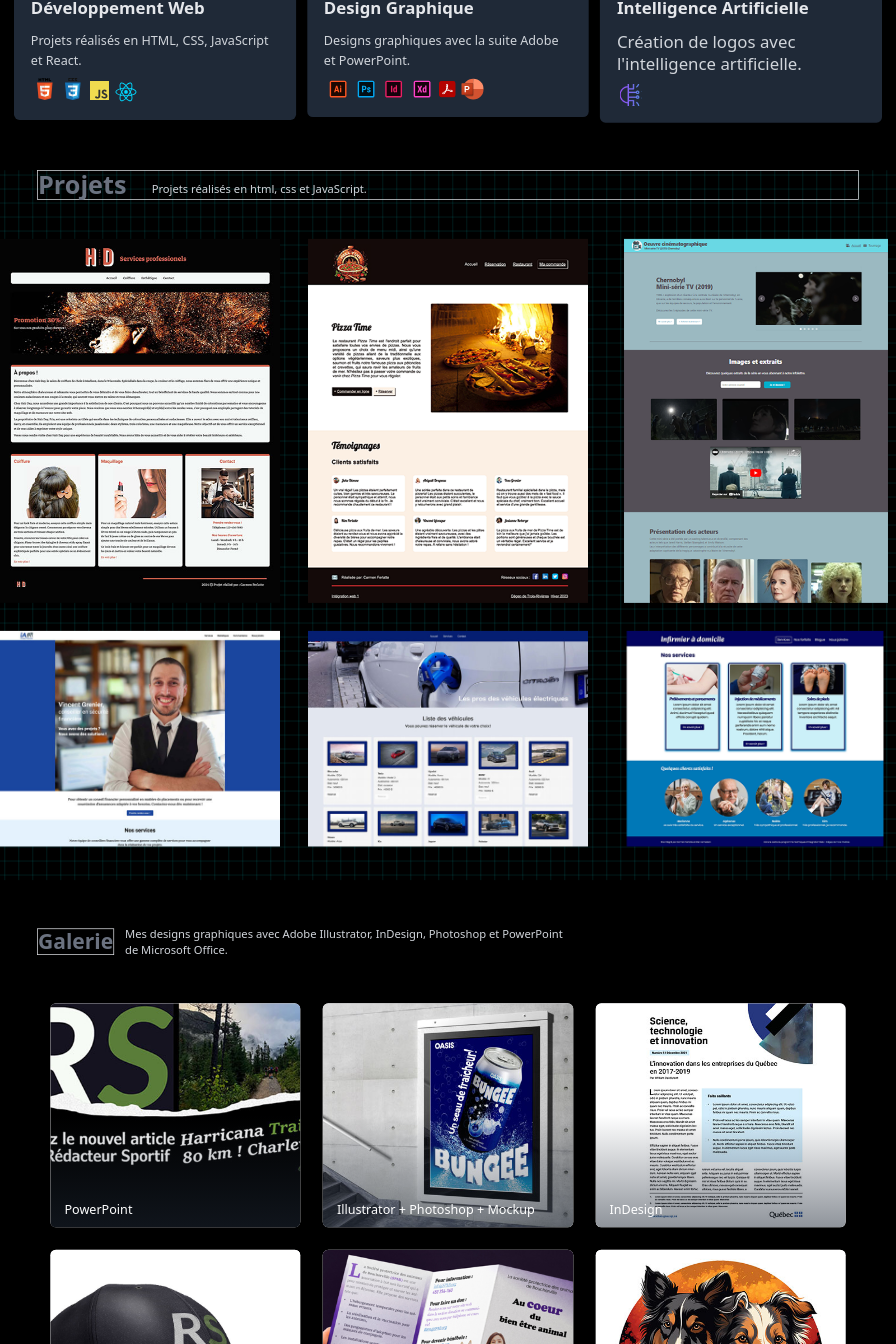
Repository: CarmenFerlatte/TP3__FerlatteCarmen
Page: realisations.html
The author's editor kept a copy of each file at every save. The page is drawn from the files as they stood at one save, then again after a run of saves.
The browser window is 1280 px wide. The pictures show the part of the page from y = 646 to 2566 px (the page is 2919 px tall before and 2959 px after), at 70% of full size.
Some web libraries are served in a nearby version. The style sheet was rebuilt from its Sass, Less or Tailwind sources for each picture, by a compiler version that may differ from the author's.

Above is the page before, as saved 2024-08-22 11:58:21.
Console error: TypeError: Cannot read properties of null (reading 'addEventListener')

### realisations.html
<!DOCTYPE html>
<html lang="fr-ca">
<head>
    <meta charset="UTF-8">
    <meta name="viewport" content="width=device-width, initial-scale=1.0">
    <link href="https://cdn.jsdelivr.net/npm/tailwindcss@2.2.19/dist/tailwind.min.css" rel="stylesheet">
    <title>Mon Portefolio</title>
    <script src="https://cdn.tailwindcss.com"></script>
    <link href="https://cdn.jsdelivr.net/npm/tailwindcss@2.2.19/dist/tailwind.min.css" rel="stylesheet">
    <link rel="stylesheet" href="https://cdnjs.cloudflare.com/ajax/libs/font-awesome/6.4.0/css/all.min.css">
    <link rel="stylesheet" href="style/css/style.css">
    <link rel="apple-touch-icon" sizes="180x180" href="img/favicons/apple-touch-icon.png">
    <link rel="icon" type="image/png" sizes="32x32" href="img/favicons/favicon-32x32.png">
    <link rel="icon" type="image/png" sizes="16x16" href="img/favicons/favicon-16x16.png">
    <link rel="manifest" href="img/favicons/site.webmanifest">
    <script src="https://code.jquery.com/jquery-3.6.0.min.js"></script>
    <script src="js/navbar.js" defer></script>
    <script src="js/script.js" defer></script>
    <script src="js/header.js" defer></script>
    <script src="js/install.js" defer></script>
    <script>
        $(function(){
            $("#header").load("assets/php/header.html");
            $("#footer").load("assets/php/footer.html");
        });
    </script>
</head>

<body class="bg-black text-white h-dvh">
    <header id="header"></header>

<main>
    <section class="md:h-full bg-black text-white py-8 sm:py-11 lg:py-12">
         <h1 class="text-2xl md:text-3xl lg:text-4xl xl:text-5xl font-bold text-center mt-20 border">Mes Réalisations</h1>
    <div class="container flex justify-center items-center mx-auto px-4 py-10 sm:py-20 md:py-4">

        <p class="text-sm sm:text-md md:text-base lg:text-1xl xl:text-2xl leading-6 text-left lg:py-20 px-5 md:px-2 lg:px-1 2xl:px-0 text-gray-200 border">Passionnée par le développement web 🖥  et le design 🎨, j'ai réalisé divers projets mettant en œuvre mes compétences 📑  en HTML , CSS, JavaScript et React. Ces technologies 👩‍💻 me permettent de créer des interfaces dynamiques 🚀 et interactives, alliant esthétisme et fonctionnalité. Parallèlement, j'explore ma créativité à travers des travaux de design élaborés avec la suite Adobe, où je m'applique avec enthousiasme 😃  à transformer des idées en visuels percutants. Mon approche multidisciplinaire me permet d'allier techniques de programmation et sens de l'esthétique <span><img class="w-7 inline-block align-middle" src="img/icons/design_web.svg" alt="icone design web"></span> , garantissant des projets non seulement performants mais également visuellement 👀 attrayants.  </p>

    </div>

<div class="container mx-auto px-4 py-1 md:py-5 md:mb-0 mt-[-10px] md:mt-0">
    <div class="grid grid-cols-12 gap-4 flex items-stretch px-5 md:px-2 lg:px-1">
        <div class="col-span-12 md:col-span-6 lg:col-span-4">
            <a href="#projets" title="Voir les projets">
                <div class="relative group cursor-pointer bg-gray-800 p-6 rounded-lg shadow-lg hover:bg-gray-700 hover:shadow-xl transition duration-300">
                    <h3 class="text-lg md:text-1xl lg:text-2xl font-bold text-gray-200">Développement Web</h3>
                    <p class="text-base md:text-lg lg:text-1xl  text-gray-300 mt-4 mb-1">Projets réalisés en HTML, CSS, JavaScript et React.</p>
                    <p class="flex">
                        <img src="img/icons/html5_icon.svg" alt="HTML5 icône" class="w-8 h-8 mt-2 mx-1">
                        <img src="img/icons/css3_icon.svg" alt="CSS3 icône" class="w-8 h-8 mt-2 mx-1">
                        <img src="img/icons/javascript_icon.svg" alt="JavaScript icône" class="w-7 h-7 mt-3 mx-1">
                        <img src="img/icons/react_native_icon.svg" alt="React icône" class="w-8 h-8 mt-3 mx-1">
                    </p>
                </div>
            </a>
        </div>

        <div class="col-span-12 md:col-span-6 lg:col-span-4 flex flex-col">
            <a href="#galerie" title="Voir les designs" class="flex-grow">
                <div class="relative group cursor-pointer bg-gray-800 p-6 rounded-lg shadow-lg hover:bg-gray-700 hover:shadow-xl transition duration-300 flex flex-col">
                    <h3 class="text-lg md:text-1xl lg:text-2xl font-bold text-gray-200 group">Design Graphique</h3>
                    <p class="text-base md:text-lg lg:text-1xl text-gray-300 mt-4 mb-1">Designs graphiques avec la suite Adobe et PowerPoint.</p>
                    <div class="flex">
                        <img src="img/icons/adobe-illustrator_icon.svg" alt="Illustrator icône" class="w-8 h-8 mt-2 mx-1">
                        <img src="img/icons/adobe_photoshop_icon.svg" alt="Photoshop icône" class="w-8 h-8 mt-2 mx-1">
                        <img src="img/icons/adobe_indesign_icon.svg" alt="InDesign icône" class="w-8 h-8 mt-2 mx-1">
                        <img src="img/icons/adobe-xd_icon.svg" alt="XD icône" class="w-8 h-8 mt-2 mx-1">
                        <img src="img/icons/Adobe_Acrobat_Reader_icon.svg" alt="Acrobat Reader icône" class="w-6 h-6 mt-3 mx-1">
                        <img src="img/icons/microsoft_powerpoint_icon.svg" alt="PowerPoint icône" class="w-8 h-8 mt-2 mx-1">
                    </div>
                </div>
            </a>
        </div>

        <div class="col-span-12 md:col-span-6 lg:col-span-4 flex flex-col">
            <a href="#galerie" title="Voir les projets" class="flex-grow">
                <div class="relative group cursor-pointer bg-gray-800 p-6 rounded-lg shadow-lg hover:bg-gray-700 hover:shadow-xl transition duration-300 flex flex-col">
                    <h3 class="text-lg md:text-1xl lg:text-2xl font-bold text-gray-200">Intelligence Artificielle</h3>
                    <p class="text-base md:text-lg lg:text-2xl text-gray-300 mt-4 mb-1">Création de logos avec l'intelligence artificielle.</p>
                    <div class="flex">
                        <img src="img/icons/intelligence_artificielle_icon.svg" alt="PowerPoint icône" class="w-8 h-8 mt-2 mx-1">
                    </div>
                </div>
            </a>
        </div>
    </div>
</div>


    </section>

    <section class="cyber-grid h-full">
        <div class="w-10/12 lg:w-11/12 mx-auto flex items-center space-x-4 border">
            <h2 id="projets" class="text-2xl md:text-3xl lg:text-4xl font-bold text-gray-500 lg:text-3xl dark:text-white ml-10 sm:ml-0">Projets</h2>
            <p class="max-w-screen-sm text-1xl text-gray-300 dark:text-gray-300 md:block pt-3 pl-5">
                Projets réalisés en html, css et JavaScript.
                </p>
        </div>
    <div class="container mx-auto py-8 md:mt-2 px-2 md:px-2 lg:px-0">

        <div class="grid grid-cols-1 md:grid-cols-2 lg:grid-cols-3 gap-10 p-4 w-full mx-auto place-items-start px-10 sm:px-0">
            <img class="hover:opacity-75" src="img/screenshots/2024__projet__salon_de_coiffure.jpg" alt="image">
            <img class="hover:opacity-75" src="img/screenshots/2024__projet__restaurant.png" alt="image">
            <img class="hover:opacity-75" src="img/screenshots/2024__projet_cinema.png" alt="image">
            <img class="hover:opacity-75" src="img/screenshots/2024__projet__vincent_grenier_w600.jpg" alt="image">
            <img class="hover:opacity-75" src="img/screenshots/mon_premier_projet_react.jpg" alt="image">
            <img class="hover:opacity-75" src="img/screenshots/2023__projet__soins_infirmiers.png" alt="image">
        </div>
    </div>
</section>
    <section class="dark:bg-gray-800 h-full">

        <div class="w-10/12 lg:w-11/12 mx-auto my-16 flex items-center space-x-4">

            <h2 id="galerie" class="text-3xl md-text-4xl font-bold text-gray-500 dark:text-white border">Galerie</h2>

            <p class="max-w-screen-sm text-1xl text-gray-300 dark:text-gray-300 md:block">
                Mes designs graphiques avec Adobe Illustrator, InDesign, Photoshop et PowerPoint de Microsoft Office.
            </p>
        </div>

    <div class="mx-auto h-auto max-w-screen-2xl px-4 md:px-8 mb-16 mt-auto">

        <div class="grid grid-cols-1 md:grid-cols-2 lg:grid-cols-3 mx-10 gap-4 md:gap-6 xl:gap-8">
            <!-- image - start -->
            <a href="https://le-redacteur-sportif.ca/harricana_trail_2023.html" title="Le Rédacteur Sportif" target="_blank" rel="noopener noreferrer"
                class="group relative flex items-end h-72 md:h-80 overflow-hidden rounded-lg bg-gray-100 shadow-lg">
                <img src="img/design/harricana_trail_80km__charlevoix__Vincent_Greniert.jpg" loading="lazy" alt="Projet Carmen Ferlatte Adobe InDesign (brochure)" class="absolute inset-0 h-full w-full object-cover object-center transition duration-200 group-hover:scale-110">

                <div
                    class="pointer-events-none absolute inset-0 bg-gradient-to-t from-gray-800 via-transparent to-transparent opacity-50">
                </div>

                <span class="relative ml-4 mb-3 inline-block text-sm text-white md:ml-5 md:text-lg">PowerPoint</span>
            </a>
            <!-- image - end -->

            <!-- image - start -->
            <div
                class="group relative flex items-end h-72 md:h-48 overflow-hidden rounded-lg bg-gray-100 shadow-lg md:h-80">
                <img src="img/design/05__affiche_bungee__Carmen_Ferlatte.jpg" loading="lazy" alt="Projet Carmen Ferlatte Adobe Illustrator (affiche)" class="absolute inset-0 h-full w-full object-cover object-center transition duration-200 group-hover:scale-110">

                <div
                    class="pointer-events-none absolute inset-0 bg-gradient-to-t from-gray-800 via-transparent to-transparent opacity-50">
                </div>

                <span class="relative ml-4 mb-3 inline-block text-sm text-white md:ml-5 md:text-lg">Illustrator + Photoshop + Mockup</span>
            </div>
            <!-- image - end -->

            <!-- image - start -->
            <div
                class="group relative flex items-end h-72 md:h-48 overflow-hidden rounded-lg bg-gray-100 shadow-lg md:h-80">
                <img src="img/design/exercice_inDesign__Carmen_Ferlatte.jpg" loading="lazy" alt="Photo by Magicle" class="absolute inset-0 h-full w-full object-cover object-center transition duration-200 group-hover:scale-110">

                <div
                    class="pointer-events-none absolute inset-0 bg-gradient-to-t from-gray-800 via-transparent to-transparent opacity-50">
                </div>

                <span class="relative ml-4 mb-3 inline-block text-sm text-white md:ml-5 md:text-lg">InDesign</span>
            </div>
            <!-- image - end -->

            <!-- image - start -->
            <a href="https://le-redacteur-sportif.ca/harricana_trail_2023.html" title="Le Rédacteur Sportif" target="_blank" rel="noopener noreferrer"
                class="group relative flex items-end h-72 md:h-48 overflow-hidden rounded-lg bg-gray-100 shadow-lg md:h-80">
                <img src="img/design/casquette__RS__w1200.jpg" loading="lazy" alt="Affiche médias sociaux PowerPoint / Carmen Ferlatte" class="absolute inset-0 h-full w-full object-cover object-center transition duration-200 group-hover:scale-110">

                <div
                    class="pointer-events-none absolute inset-0 bg-gradient-to-t from-gray-800 via-transparent to-transparent opacity-50">
                </div>

                <span class="relative ml-4 mb-3 inline-block text-sm text-white md:ml-5 md:text-lg">Photoshop + Mockup</span>
            </a>
            <!-- image - end -->

            <!-- image - start -->
            <div
                class="group relative flex h-72 md:h-48 items-end overflow-hidden rounded-lg bg-gray-100 shadow-lg md:h-80">
                <img src="img/design/projet__brochure__spa__450x345.jpg" loading="lazy" alt="Brochure InDesign et Mockup / Carmen Ferlatte" class="absolute inset-0 h-full w-full object-cover object-center transition duration-200 group-hover:scale-110">

                <div
                    class="pointer-events-none absolute inset-0 bg-gradient-to-t from-gray-800 via-transparent to-transparent opacity-50">
                </div>

                <span class="relative ml-4 mb-3 inline-block text-sm text-white md:ml-5 md:text-lg">InDesign / Mockup</span>
            </div>
            <!-- image - end -->
             <!-- image - start -->
            <div
                class="group relative flex h-72 md:h-48 items-end overflow-hidden rounded-lg bg-gray-100 shadow-lg md:h-80">
                <img src="img/design/logo_colley_carmen_ferlatte.jpg" loading="lazy" alt="Logo fait avec l'Intélligence artificielle / Carmen Ferlatte" class="absolute inset-0 h-full w-full object-cover object-center transition duration-200 group-hover:scale-110">

                <div
                    class="pointer-events-none absolute inset-0 bg-gradient-to-t from-gray-800 via-transparent to-transparent opacity-50">
                </div>

                <span class="relative ml-4 mb-3 inline-block text-sm text-white md:ml-5 md:text-lg">Intélligence artificielle</span>
            </div>
            <!-- image - end -->
        </div>
    </div>
</section>
</main>

   <footer id="footer" class="block clear-both mt-16"></footer>
</body>
</html>

### js/header.js
// Header and footer loading script

$(function () {
    $('#header').load('assets/php/header.html', function() {
        let navbar = document.querySelector('.bg-animated');
        if (navbar) {
            let lastScrollTop = 0;

            window.addEventListener('scroll', function () {
                let scrollTop = window.scrollY || document.documentElement.scrollTop;
                if (scrollTop > lastScrollTop) {
                    // Scroll down
                    navbar.classList.add('navbar-hidden');
                } else {
                    // Scroll up
                    navbar.classList.remove('navbar-hidden');
                }

                    lastScrollTop = scrollTop;
            });
        } else {
            console.error('Navbar not found');
        }
    });
    $('#footer').load('assets/php/footer.html', function (response, status, xhr) {
        if (status === "error") {
            console.error("Erreur de chargement du pied de page: " + xhr.status + " " + xhr.statusText);
        } else {
            console.log("Le pied de page a été chargé avec succès");
        }
    });
});

### js/install.js
// Description: Script pour l'installation de la PWA

let deferedInstallPrompt = null;
    const installButton = document.getElementById('butInstall');

    installButton.addEventListener('click', installPWA);

    window.addEventListener('beforeInstallPrompt', afficherButtonInstall);

    function afficherBoutonInstall(evt) {
        deferedInstallPrompt = evt;
        installButton.removeAttribute('hidden');
    }

    function installPWA(evt) {
        deferedInstallPrompt.prompt();
        evt.srcElement.setAttribute('hidden', true);
        deferedInstallPrompt.userChoice
            .then((choice) => {
                if (choice.outcome === 'accepted') {
                    console.log("L'usager a installé la PWA VIA le mon bouton d'installation", choice);
                } else {
                    console.log("Lusager a refusé l'installation de la PWA VIA le boutton d'installation", choice);
                }
                deferedInstallPrompt = null;
            });

        function logAppInstalled(evt) {
            console.log("L'usager a installé la PWA VIA Les ... de Chrome");
    }
 };

### assets/php/header.html
<header>
  <nav class="bg-animated cyber-grid fixed w-full z-50">
    <div class="w-full mx-auto px-6 md:px-10">
      <div class="flex justify-between items-center py-6">
        <a
          href="index.html"
          class="text-xl sm:text-1xl lg:text-2xl font-bold neon-text glitch-effect"
          data-text="Carmen Ferlatte"
          >Carmen Ferlatte</a
        >
        <label for="menu-toggle">Portefolio</label>
        <input type="checkbox" id="menu-toggle" class="hidden" />
        <label for="menu-toggle" class="menu-icon cursor-pointer md:hidden">
          <span class="hamburger"></span>
        </label>
        <ul class="menu hidden md:flex md:items-center space-x-10">
          <li>
            <a href="index.html" class="nav-link" data-text="Accueil"
              >Accueil</a
            >
          </li>
          <li>
            <a
              href="realisations.html"
              class="nav-link"
              data-text="Réalisations"
              >Réalisations</a
            >
          </li>
          <li>
            <a href="contact.html" class="nav-link" data-text="Contact"
              >Contact</a
            >
          </li>
          <!-- <li><a href="#" class="bg-gradient-to-r from-cyan-500 to-blue-500 text-white font-bold py-2 px-4 rounded hover:from-cyan-600 hover:to-blue-600 transition-all duration-300">Sign Up</a></li> -->
        </ul>
      </div>
    </div>
  </nav>
</header>

### assets/php/footer.html
<footer class="cyber-grid">
    <div class="container mx-auto px-4 py-10">
        <p class="text-center text-white">© 2024 Carmen Ferlatte. Tous droits réservés.</p>
   </div>
</footer>

### style/sass/style.scss
@use "navbar" as *;

### style/sass/_navbar.scss
@keyframes neon-pulse {
    0%, 100% {
        text-shadow: 0 0 5px #fff, 0 0 10px #fff, 0 0 15px #fff, 0 0 20px #0891b2, 0 0 35px #0891b2, 0 0 40px #0891b2, 0 0 50px #0891b2, 0 0 75px #0891b2;
    }
    50% {
        text-shadow: 0 0 2px #fff, 0 0 5px #fff, 0 0 7px #fff, 0 0 10px #0891b2, 0 0 17px #0891b2, 0 0 20px #0891b2, 0 0 25px #0891b2, 0 0 37px #0891b2;
    }
}

.neon-text {
    animation: neon-pulse 1.5s infinite alternate;
}

.bg-animated {
    background: linear-gradient(-45deg, #000000, #1a1a1a, #000033, #003366);
    background-size: 400% 400%;
    animation: gradient 15s ease infinite;
}

@keyframes gradient {
    0% { background-position: 0% 50%; }
    50% { background-position: 100% 50%; }
    100% { background-position: 0% 50%; }
}

.cyber-grid {
    background-image:
        linear-gradient(rgba(0, 255, 255, 0.1) 1px, transparent 1px),
        linear-gradient(90deg, rgba(0, 255, 255, 0.1) 1px, transparent 1px);
    background-size: 20px 20px;
    animation: cyber-grid-move 20s linear infinite;
}

@keyframes cyber-grid-move {
    0% { background-position: 0 0; }
    100% { background-position: 20px 20px; }
}



.nav-link {
    position: relative;
    overflow: hidden;

        &::before {
            content: '';
            position: absolute;
            bottom: 0;
            left: 0;
            width: 100%;
            height: 2px;
            background-color: #0891b2;
            transform: translateX(-100%);
            transition: transform 0.3s ease;
        }

       &:hover::before {
            transform: translateX(0);
        }

        &::after {
            content: attr(data-text);
            position: absolute;
            top: 0;
            left: 0;
            width: 100%;
            height: 100%;
            display: flex;
            align-items: center;
            justify-content: center;
            transform: translateY(100%);
            background: linear-gradient(to bottom, #0891b2, #3e43cb);
            -webkit-background-clip: text;
            background-clip: text;
            -webkit-text-fill-color: transparent;
            transition: transform 0.3s ease;
        }

        &:hover::after {
            transform: translateY(0);
        }
}


.glitch-effect {
    position: relative;

    &::before,
    &::after {
        content: attr(data-text);
        position: absolute;
        top: 0;
        left: 0;
        width: 100%;
        height: 100%;
        opacity: 0.8;
    }

    &::before {
        left: 2px;
        text-shadow: -2px 0 #ff00de;
        clip: rect(24px, 550px, 90px, 0);
        animation: glitch-anim 3s infinite linear alternate-reverse;
    }

    &::after {
        left: -2px;
        text-shadow: -2px 0 #0891b2;
        clip: rect(85px, 550px, 140px, 0);
        animation: glitch-anim 2s infinite linear alternate-reverse;
    }

}



@keyframes glitch-anim {
    0% { clip: rect(39px, 9999px, 71px, 0); }
    20% { clip: rect(3px, 9999px, 5px, 0); }
    40% { clip: rect(6px, 9999px, 38px, 0); }
    60% { clip: rect(13px, 9999px, 43px, 0); }
    80% { clip: rect(44px, 9999px, 93px, 0); }
    100% { clip: rect(54px, 9999px, 47px, 0); }
}

#menu-toggle {
    &:checked {
        ~ .menu {
            display: block;
        }

        ~ .menu-icon {
            .hamburger {
                transform: rotate(45deg);

                &::before {
                    transform: translateY(8px) rotate(90deg);
                }

                &::after {
                    transform: translateY(-8px) rotate(90deg);
                }
            }
        }
    }
}

.hamburger,
.hamburger::before,
.hamburger::after {
    content: '';
    display: block;
    background: #0891b2;
    height: 3px;
    width: 30px;
    transition: transform 0.5s cubic-bezier(0.23, 1, 0.32, 1);
}

.hamburger {
    &::before {
        transform: translateY(-8px);
    }

    &::after {
        transform: translateY(8px);
    }
}

@media (max-width: 768px) {
    .menu {
        position: fixed;
        top: 60px;
        left: 0;
        right: 0;
        width: 100%;
        height: 0;
        background: rgba(0, 0, 0, 0.9);
        overflow: hidden;
        transition: height 0.5s cubic-bezier(0.23, 1, 0.32, 1);
        text-align: right;
        padding-right: 20px;
        padding-top: 20px;

        a {
            display: block;
            font-size: 1.2rem;
            padding: 10px 0;
            text-decoration: underline 2px #0891b2;

            &:hover {
                color: #0891b2;
                text-decoration: none;
                cursor: pointer;
            }
        }
    }

    #menu-toggle:checked ~ .menu {
        height: calc(100vh - 60px);
    }
}

@media (max-width: 640px) {
    .no-glitch {
        animation: none !important;
    }
}

/*-------------Invisible Navbar-------------*/

.navbar-hidden {
    transform: translateY(-100%);
    transition: transform 0.3s ease-in-out;
}

Loaded but not shown: js/script.js (33 lines, source omitted); js/navbar.js (30 lines, source omitted)

After the next 6 saves:
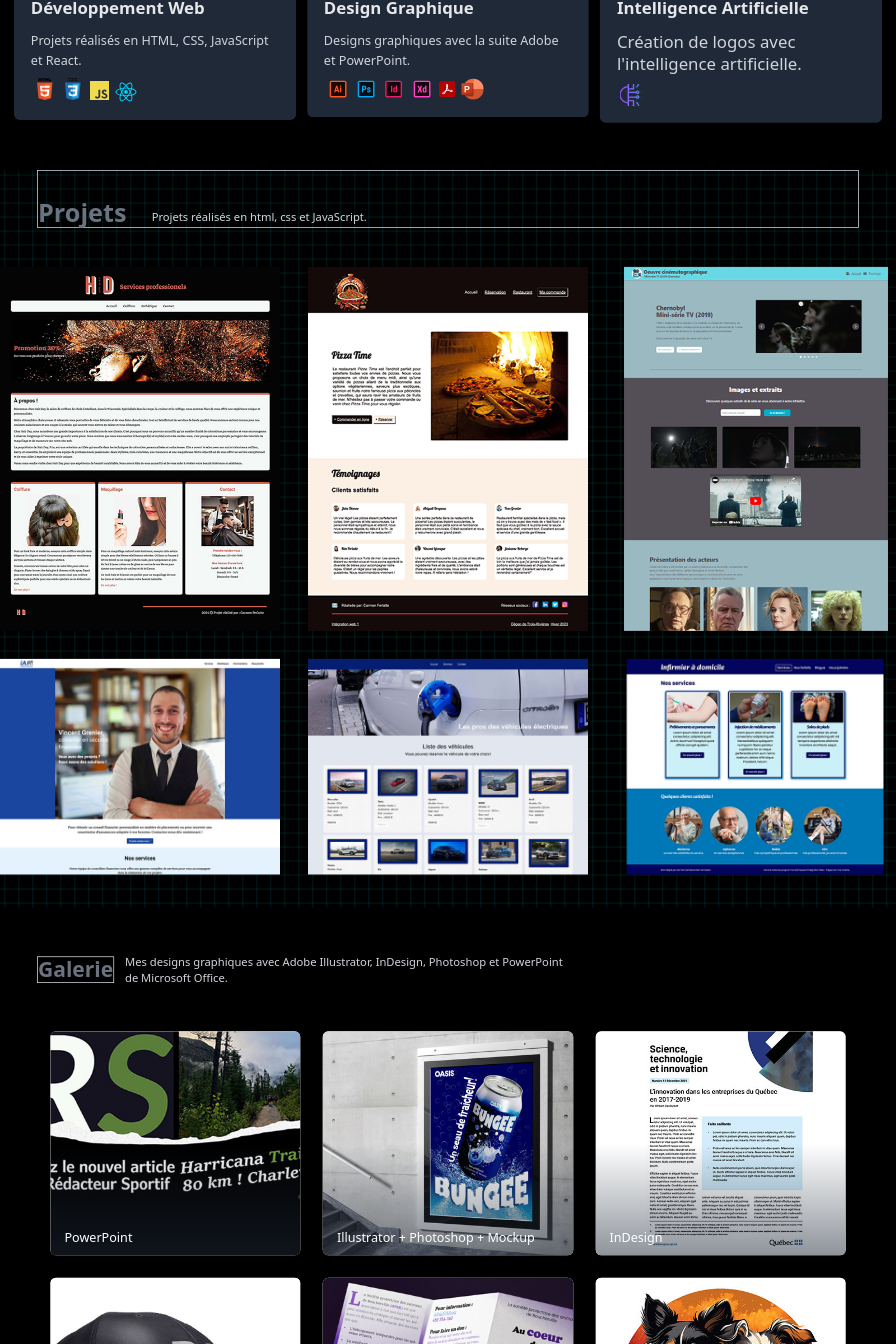
The 6 saves are shown as one change because they came seconds apart.
The last was saved 29 s later.
--- a/realisations.html
+++ b/realisations.html
@@ -90,7 +90,7 @@
     </section>
 
     <section class="cyber-grid h-full">
-        <div class="w-10/12 lg:w-11/12 mx-auto flex items-center space-x-4 border">
+        <div class="w-10/12 lg:w-11/12 mx-auto pt-10 flex items-center space-x-4 border">
             <h2 id="projets" class="text-2xl md:text-3xl lg:text-4xl font-bold text-gray-500 lg:text-3xl dark:text-white ml-10 sm:ml-0">Projets</h2>
             <p class="max-w-screen-sm text-1xl text-gray-300 dark:text-gray-300 md:block pt-3 pl-5">
                 Projets réalisés en html, css et JavaScript.
